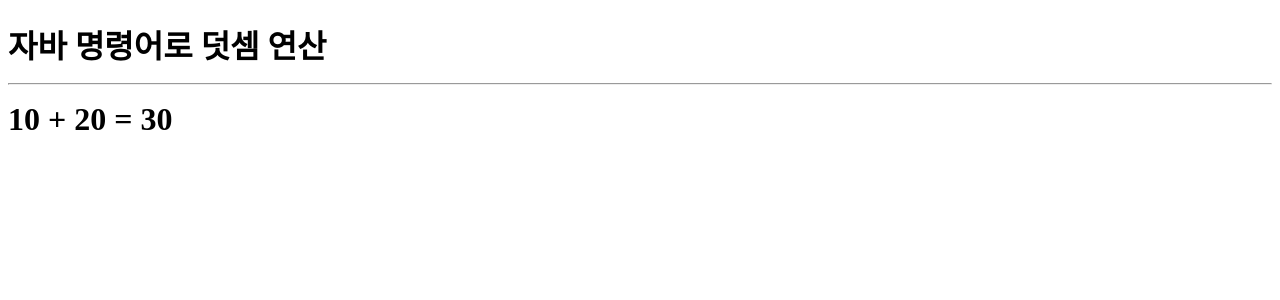
Repository: hangilyon/allJSPStudy
Page: http://localhost/jsp01/quiz01.jsp
The author's editor kept a copy of each file at every save. The page is drawn from the files as they stood at one save, then again after the next save.
The browser window is 1280 px wide. The pictures show the whole page.
The page is served by Tomcat 9.

Above is the page before, as saved 2021-10-19 08:15:08.

### jsp01/src/main/webapp/quiz01.jsp
<%@ page language="java" contentType="text/html; charset=UTF-8"
    pageEncoding="UTF-8"%>
<!DOCTYPE html>
<html>
<head>
<meta charset="UTF-8">
<title>quiz01</title>
</head>
<body>
	<%
		int a = 10;
		int b = 20;
		int c = a+b;
	%>
	<h1><%="자바 명령어로 덧셈 연산"%><hr><%= a+" + "+b+" = "+c %></h1>

</body>
</html>

After the next save:
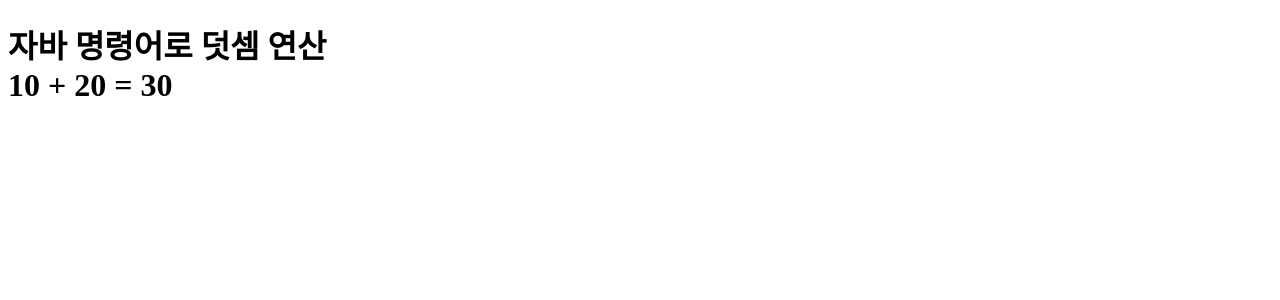
Saved 16 s later.
--- a/jsp01/src/main/webapp/quiz01.jsp
+++ b/jsp01/src/main/webapp/quiz01.jsp
@@ -12,7 +12,7 @@
 		int b = 20;
 		int c = a+b;
 	%>
-	<h1><%="자바 명령어로 덧셈 연산"%><hr><%= a+" + "+b+" = "+c %></h1>
+	<h1><%="자바 명령어로 덧셈 연산"%><br><%= a+" + "+b+" = "+c %></h1>
 
 </body>
 </html>
